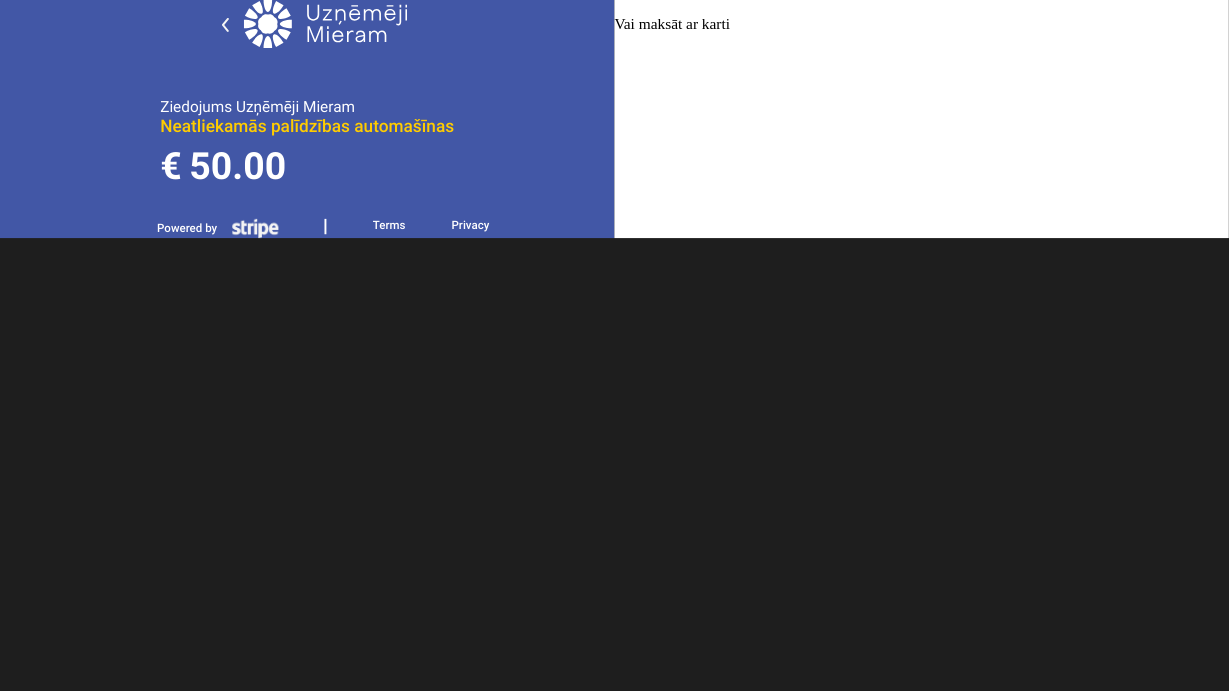
Repository: KatrinaPa/projekts_jul
Page: stripe.html
An editor plug-in stored every save of this project. The page is shown before and after the next save, followed by the edit.
The browser window is 1280 px wide. The pictures show the whole page, at 96% of full size.

Above is the page before, as saved 2023-07-31 15:18:57.

### stripe.html
<!DOCTYPE html>
<html lang="en">

<head>
    <meta charset="UTF-8">
    <meta http-equiv="X-UA-Compatible" content="IE=edge">
    <meta name="viewport" content="width=device-width, initial-scale=1.0">
    <title>Stripe</title>
    <link rel="preconnect" href="https://fonts.googleapis.com">
    <link rel="preconnect" href="https://fonts.gstatic.com" crossorigin>
    <link href="https://fonts.googleapis.com/css2?family=Poppins:wght@300;400;500;600;700&display=swap"
        rel="stylesheet">
    <link rel="preconnect" href="https://fonts.googleapis.com">
    <link rel="preconnect" href="https://fonts.gstatic.com" crossorigin>
    <link href="https://fonts.googleapis.com/css2?family=Poppins:wght@300;400;500;600&display=swap" rel="stylesheet">
    <link rel="stylesheet" href="./assets/main.css" />
    <link rel="stylesheet" href="./assets/stripe-styles.css" />
    <link rel="stylesheet" href="https://cdnjs.cloudflare.com/ajax/libs/font-awesome/6.2.0/css/all.min.css" />
</head>

<body>

    <main>
        <div class="panel-2">
            <section class="section_left">
                <div class="wrapper_left">
                    <div class="logo-back"><a href="sakums.html">
                            <button class="back-btn">
                                <svg xmlns="http://www.w3.org/2000/svg" width="26" height="26" viewBox="0 0 26 26"
                                    fill="none">
                                    <path
                                        d="M15.2444 20.2912C15.0888 20.2917 14.935 20.2574 14.7944 20.1907C14.6538 20.124 14.53 20.0266 14.4319 19.9058L9.40066 13.6558C9.24745 13.4694 9.1637 13.2356 9.1637 12.9943C9.1637 12.753 9.24745 12.5192 9.40066 12.3328L14.609 6.08285C14.7858 5.87012 15.0399 5.73635 15.3153 5.71095C15.5908 5.68556 15.865 5.77062 16.0777 5.94743C16.2905 6.12424 16.4242 6.37832 16.4496 6.65376C16.475 6.9292 16.39 7.20345 16.2132 7.41618L11.5569 12.9995L16.0569 18.5828C16.1843 18.7357 16.2652 18.9219 16.2901 19.1194C16.315 19.3168 16.2827 19.5173 16.1973 19.697C16.1118 19.8767 15.9766 20.0282 15.8078 20.1335C15.6389 20.2388 15.4434 20.2935 15.2444 20.2912Z"
                                        fill="#F4F4F4" />
                                </svg>
                            </button>
                            <div>
                                <svg xmlns="http://www.w3.org/2000/svg" width="171" height="50" viewBox="0 0 171 50"
                                    fill="none">
                                    <g clip-path="url(#clip0_2158_26380)">
                                        <path
                                            d="M65.9784 4.85254H67.6786V15.2232C67.6786 18.0717 69.3776 19.9967 72.2509 19.9967C75.1242 19.9967 76.8491 18.0717 76.8491 15.2232V4.85254H78.5234V15.2232C78.5234 19.046 76.1737 21.5204 72.2509 21.5204C68.3281 21.5204 65.9784 19.046 65.9784 15.2232V4.85254Z"
                                            fill="white" />
                                        <path
                                            d="M82.2426 20.2979L89.414 11.0768H82.4674V9.57666H91.6637V10.5015L84.4911 19.7484H91.6637V21.2474H82.2426V20.2979Z"
                                            fill="white" />
                                        <path
                                            d="M95.5594 9.5766H97.2338V11.4003H97.2832C98.1339 10.0261 99.4576 9.30127 101.157 9.30127C104.205 9.30127 105.981 11.3262 105.981 14.1995V21.2474H104.305V14.4254C104.305 12.3016 103.231 10.8262 101.157 10.8262C99.0822 10.8262 97.2338 12.4499 97.2338 14.4995V21.2474H95.5594V9.5766Z"
                                            fill="white" />
                                        <path
                                            d="M119.495 14.1489C119.271 12.2745 117.996 10.7755 115.471 10.7755C113.297 10.7755 111.923 12.1745 111.523 14.1489H119.495ZM115.471 9.30122C119.319 9.30122 121.194 11.9004 121.194 15.6737H111.398C111.523 18.0976 112.997 20.0213 115.521 20.0213C117.595 20.0213 118.845 19.0718 119.445 17.4728H121.119C120.47 20.0472 118.62 21.5203 115.522 21.5203C111.973 21.5203 109.749 18.8459 109.749 15.3984C109.749 11.9509 111.899 9.30005 115.472 9.30005"
                                            fill="white" />
                                        <path d="M118.96 6.81044H111.986V5.45264H118.96V6.81044Z" fill="white" />
                                        <path d="M155.785 6.81044H148.812V5.45264H155.785V6.81044Z" fill="white" />
                                        <path
                                            d="M101.995 22.1465L99.9081 25.7186L98.7021 25.0927L100.554 21.5205L101.995 22.1465Z"
                                            fill="white" />
                                        <path
                                            d="M124.964 9.5766H126.638V11.4003H126.689C127.54 10.0261 128.762 9.30127 130.238 9.30127C132.112 9.30127 133.511 10.2508 134.236 11.751C135.136 10.1261 136.51 9.30127 138.26 9.30127C140.96 9.30127 142.833 11.2003 142.833 14.1995V21.2474H141.134V14.4254C141.134 12.2016 140.009 10.8262 138.26 10.8262C136.187 10.8262 134.762 12.4499 134.762 14.4995V21.2474H133.087V14.4254C133.087 12.3016 131.989 10.8262 130.239 10.8262C128.065 10.8262 126.64 12.4499 126.64 14.4995V21.2474H124.965V9.5766H124.964Z"
                                            fill="white" />
                                        <path
                                            d="M156.322 14.1489C156.097 12.2745 154.823 10.7755 152.298 10.7755C150.123 10.7755 148.749 12.1745 148.349 14.1489H156.322ZM152.298 9.30122C156.145 9.30122 158.021 11.9004 158.021 15.6737H148.224C148.349 18.0976 149.823 20.0213 152.348 20.0213C154.422 20.0213 155.671 19.0718 156.271 17.4728H157.946C157.296 20.0472 155.448 21.5203 152.348 21.5203C148.8 21.5203 146.575 18.8459 146.575 15.3984C146.575 11.9509 148.724 9.30005 152.298 9.30005"
                                            fill="white" />
                                        <path
                                            d="M162.19 4.85254H163.965V7.72699H162.19V4.85254ZM158.867 26.0197V24.3948C159.616 24.7443 160.192 24.8949 160.666 24.8949C161.641 24.8949 162.24 24.4443 162.24 22.8947V9.57545H163.915V22.6205C163.915 25.1949 162.79 26.4445 160.917 26.4445C160.417 26.4445 159.842 26.3939 158.867 26.0197Z"
                                            fill="white" />
                                        <path
                                            d="M168.361 4.85254H170.035V7.727H168.361V4.85254ZM168.336 9.57545H170.011V21.2462H168.336V9.57545Z"
                                            fill="white" />
                                        <path
                                            d="M66.3171 27.4387H68.5668L74.2145 41.5333H74.264L79.9129 27.4387H82.1614V43.8324H80.5623V30.0131H80.5118L74.9652 43.8324H73.5156L68.0173 30.0131H67.9432V43.8324H66.3183V27.4387H66.3171Z"
                                            fill="white" />
                                        <path
                                            d="M86.729 27.4387H88.4033V30.3132H86.729V27.4387ZM86.7043 32.1628H88.3786V43.8324H86.7043V32.1628Z"
                                            fill="white" />
                                        <path
                                            d="M101.996 36.7363C101.771 34.8619 100.497 33.3629 97.9715 33.3629C95.7972 33.3629 94.4229 34.7619 94.0228 36.7363H101.996ZM97.9715 31.8875C101.819 31.8875 103.695 34.4866 103.695 38.26H93.8981C94.0228 40.685 95.4971 42.6075 98.0221 42.6075C100.095 42.6075 101.346 41.658 101.945 40.059H103.619C102.97 42.6334 101.121 44.1077 98.0221 44.1077C94.4735 44.1077 92.2497 41.4333 92.2497 37.9858C92.2497 34.5384 94.3994 31.8875 97.9727 31.8875"
                                            fill="white" />
                                        <path
                                            d="M107.466 32.1628H109.14V33.9865H109.215C110.189 32.4628 111.264 31.8875 112.764 31.8875C113.313 31.8875 113.864 31.9628 114.213 32.1134V33.7371C113.789 33.5123 113.214 33.4382 112.664 33.4382C110.891 33.4382 109.14 35.2125 109.14 37.3857V43.8336H107.466V32.164V32.1628Z"
                                            fill="white" />
                                        <path
                                            d="M120.308 42.658C122.632 42.658 124.731 40.9084 124.731 38.634V37.8845L120.482 38.534C118.808 38.7835 117.959 39.4082 117.959 40.6331C117.959 41.7579 118.908 42.6569 120.308 42.6569M120.159 37.1339L124.731 36.435C124.68 34.41 123.407 33.3605 121.582 33.3605C119.758 33.3605 118.483 34.2112 118.434 35.9843H116.81C116.81 33.3605 118.808 31.885 121.582 31.885C124.357 31.885 126.331 33.484 126.331 36.2585V43.8311H124.808V41.6567H124.732C123.857 42.9557 122.384 44.1053 120.309 44.1053C117.935 44.1053 116.335 42.6051 116.335 40.6319C116.335 38.5587 117.61 37.508 120.159 37.1339Z"
                                            fill="white" />
                                        <path
                                            d="M130.551 32.1628H132.225V33.9865H132.274C133.125 32.6122 134.349 31.8875 135.823 31.8875C137.697 31.8875 139.096 32.8382 139.821 34.3372C140.721 32.7123 142.096 31.8875 143.845 31.8875C146.546 31.8875 148.419 33.7865 148.419 36.7857V43.8336H146.719V37.0116C146.719 34.7878 145.594 33.4123 143.844 33.4123C141.771 33.4123 140.346 35.0361 140.346 37.0857V43.8336H138.672V37.0116C138.672 34.8878 137.573 33.4123 135.823 33.4123C133.649 33.4123 132.224 35.0361 132.224 37.0857V43.8336H130.55V32.164L130.551 32.1628Z"
                                            fill="white" />
                                        <path
                                            d="M20.5411 49.9991C20.5411 43.0853 22.7132 37.48 24.9993 37.48C27.2855 37.48 29.4575 43.0853 29.4575 49.9991H20.5411Z"
                                            fill="white" />
                                        <path
                                            d="M29.4575 -0.000976562C29.4575 6.91395 27.2855 12.5181 24.9993 12.5181C22.7132 12.5181 20.5411 6.91395 20.5411 -0.000976562H29.4575Z"
                                            fill="white" />
                                        <path
                                            d="M50 29.4566C43.0851 29.4566 37.4809 27.2846 37.4809 24.9985C37.4809 22.7123 43.0863 20.5403 50 20.5403V29.4566Z"
                                            fill="white" />
                                        <path
                                            d="M0 20.5403C6.91375 20.5403 12.5191 22.7123 12.5191 24.9985C12.5191 27.2846 6.91375 29.4566 0 29.4566V20.5403Z"
                                            fill="white" />
                                        <path
                                            d="M44.4158 41.3663C38.4292 37.907 34.6629 33.223 35.8066 31.2427C36.9502 29.2625 42.8897 30.1861 48.8763 33.6454L44.4158 41.3663Z"
                                            fill="white" />
                                        <path
                                            d="M5.58426 8.63184C11.5708 12.0899 15.3372 16.7751 14.1935 18.7554C13.0498 20.7356 7.11032 19.812 1.12256 16.3527L5.58308 8.63184H5.58426Z"
                                            fill="white" />
                                        <path
                                            d="M41.366 5.58308C37.9068 11.5697 33.2227 15.336 31.2424 14.1923C29.2634 13.0487 30.1858 7.10915 33.6451 1.12256L41.366 5.58308Z"
                                            fill="white" />
                                        <path
                                            d="M8.63281 44.4148C12.092 38.4282 16.7761 34.6619 18.7564 35.8056C20.7366 36.9492 19.8129 42.8888 16.3537 48.8765L8.63281 44.416V44.4148Z"
                                            fill="white" />
                                        <path
                                            d="M33.5934 48.8942C30.1471 42.8994 29.2376 36.9575 31.219 35.8186C33.2004 34.6796 37.8774 38.4554 41.3237 44.4502L33.5934 48.8942Z"
                                            fill="white" />
                                        <path
                                            d="M16.4056 1.10278C19.8518 7.09761 20.7614 13.0395 18.7799 14.1784C16.7974 15.3186 12.1215 11.5417 8.67523 5.54684L16.4056 1.10278Z"
                                            fill="white" />
                                        <path
                                            d="M48.8951 16.4044C42.9014 19.8507 36.9596 20.7602 35.8206 18.7788C34.6805 16.7962 38.4574 12.1204 44.4522 8.67407L48.8963 16.4044H48.8951Z"
                                            fill="white" />
                                        <path
                                            d="M1.10364 33.5925C7.09846 30.1462 13.0392 29.2367 14.1793 31.2181C15.3182 33.2006 11.5425 37.8765 5.54769 41.3228L1.10364 33.5925Z"
                                            fill="white" />
                                        <path
                                            d="M18.1364 22.104C19.233 24.7984 22.3051 26.0951 25.0007 24.9985C27.6963 23.9019 28.9906 20.8297 27.8951 18.1353C26.7985 15.4409 23.7264 14.1442 21.0308 15.2408C18.3364 16.3363 17.0409 19.4096 18.1364 22.104Z"
                                            fill="white" />
                                        <path
                                            d="M22.1049 31.8628C23.2015 34.5572 26.2736 35.8526 28.9681 34.7572C31.6625 33.6606 32.9591 30.5885 31.8625 27.8929C30.7671 25.1984 27.6938 23.9018 24.9994 24.9984C22.3049 26.095 21.0083 29.1671 22.1049 31.8628Z"
                                            fill="white" />
                                        <path
                                            d="M22.1051 31.8627C24.7995 30.7661 26.0949 27.694 24.9995 24.9983C23.9029 22.3039 20.8308 21.0085 18.1352 22.1039C15.4407 23.2005 14.1453 26.2726 15.2407 28.9682C16.3373 31.6627 19.4094 32.9581 22.1051 31.8627Z"
                                            fill="white" />
                                        <path
                                            d="M31.8626 27.8929C34.557 26.7974 35.8536 23.7241 34.757 21.0285C33.6604 18.3329 30.5883 17.0386 27.8939 18.1341C25.1994 19.2295 23.9028 22.3028 24.9994 24.9972C26.0948 27.6917 29.1681 28.9883 31.8626 27.8917"
                                            fill="white" />
                                        <path
                                            d="M18.0998 27.8047C20.7801 28.9354 23.8699 27.6788 24.9994 24.9984C26.1302 22.3181 24.8735 19.2284 22.192 18.0988C19.5117 16.9681 16.422 18.2247 15.2924 20.9062C14.1617 23.5865 15.4183 26.6763 18.0998 27.8058"
                                            fill="white" />
                                        <path
                                            d="M27.8055 31.8992C30.4859 33.0299 33.5756 31.7733 34.7052 29.0929C35.8347 26.4126 34.5793 23.3229 31.899 22.1933C29.2187 21.0626 26.1289 22.3192 24.9993 24.9995C23.8686 27.6798 25.1252 30.7696 27.8055 31.8992Z"
                                            fill="white" />
                                        <path
                                            d="M27.8056 31.8993C28.9364 29.219 27.6798 26.1292 24.9994 24.9997C22.3191 23.869 19.2293 25.1256 18.0998 27.8059C16.9691 30.4862 18.2257 33.576 20.906 34.7067C23.5863 35.8375 26.6761 34.5808 27.8056 31.8993Z"
                                            fill="white" />
                                        <path
                                            d="M31.9002 22.1923C33.0309 19.512 31.7743 16.4222 29.0928 15.2927C26.4113 14.1631 23.3227 15.4186 22.1932 18.0989C21.0624 20.7792 22.3191 23.869 25.0006 24.9985C27.6809 26.1292 30.7706 24.8726 31.9002 22.1923Z"
                                            fill="white" />
                                    </g>
                                    <defs>
                                        <clipPath id="clip0_2158_26380">
                                            <rect width="170.035" height="50" fill="white"
                                                transform="translate(0 -0.000976562)" />
                                        </clipPath>
                                    </defs>
                                </svg>
                            </div>
                        </a></div>
                    <div class="donate-amount">
                        <p>Ziedojums Uzņēmēji Mieram<br>
                            <span>Neatliekamās palīdzības automašīnas</span>
                        </p>
                        <div>
                            <h2>€</h2>
                            <h2>50.00</h2>
                        </div>
                    </div>
                    <div class="terms-privacy">
                        <div>Powered by <img src="assets/images/stripe_wht.png" alt="Stripe" id="stripe_logo"></div>
                        <div class="centred-divid"></div>
                        <div>Terms</div>
                        <div>Privacy</div>
                    </div>
                </div>
            </section>

            <section id="wrapper_right" class="section_right">
                <div class="x">
                    <p>Vai maksāt ar karti</p>
                </div>
            </section>

        </div>
    </main>


</body>

</html>

### assets/stripe-styles.css
.panel-2 {
    display: flex;
    flex-direction: row;
    justify-content: center;
}

.section_left {
    width: 50%;
    background-color: #4257A6;
    font-family: Roboto;
    color: #ffffff;
}

.wrapper_left {
    display: flex;
    flex-direction: column;
    align-items: center;
}

.logo-back {
    display: flex;
    justify-content: space-between;
}

.logo-back a {
    display: flex;
}

.back-btn {
    border: 0;
    background: transparent;
    cursor: pointer;
}

.back-btn img {
    width: 45%;
    padding-top: 0.1rem;
}

.donate-amount p {
    font-size: 16px;
    font-weight: 400;
    margin: 3rem 0 0 0;
}

.donate-amount p span {
    font-size: 18px;
    font-weight: 500;
    color: #FFCC00;
}

.donate-amount div {
    display: flex;
    gap: 0.5rem;
}

.donate-amount h2 {
    font-size: 39px;
    font-weight: 600;
    margin-top: 0.5rem;
}

.terms-privacy {
    font-size: 12px;
    font-weight: 500;
    display: flex;
    gap: 3rem;
}

.terms-privacy div:first-child {
    display: flex;
    justify-content: flex-end;
    gap: 1rem;
    width: 10rem;
    align-items: center;
}

.terms-privacy img {
    width: 30%;
}

.centred-divid {
    width: 2px;
    height: 1rem;
    background-color: #ffffff;
}



.section_right {
    width: 50%;
    background-color: #ffffff;
}

Loaded but not shown: assets/main.css (1433 lines, source omitted)

After the next save:
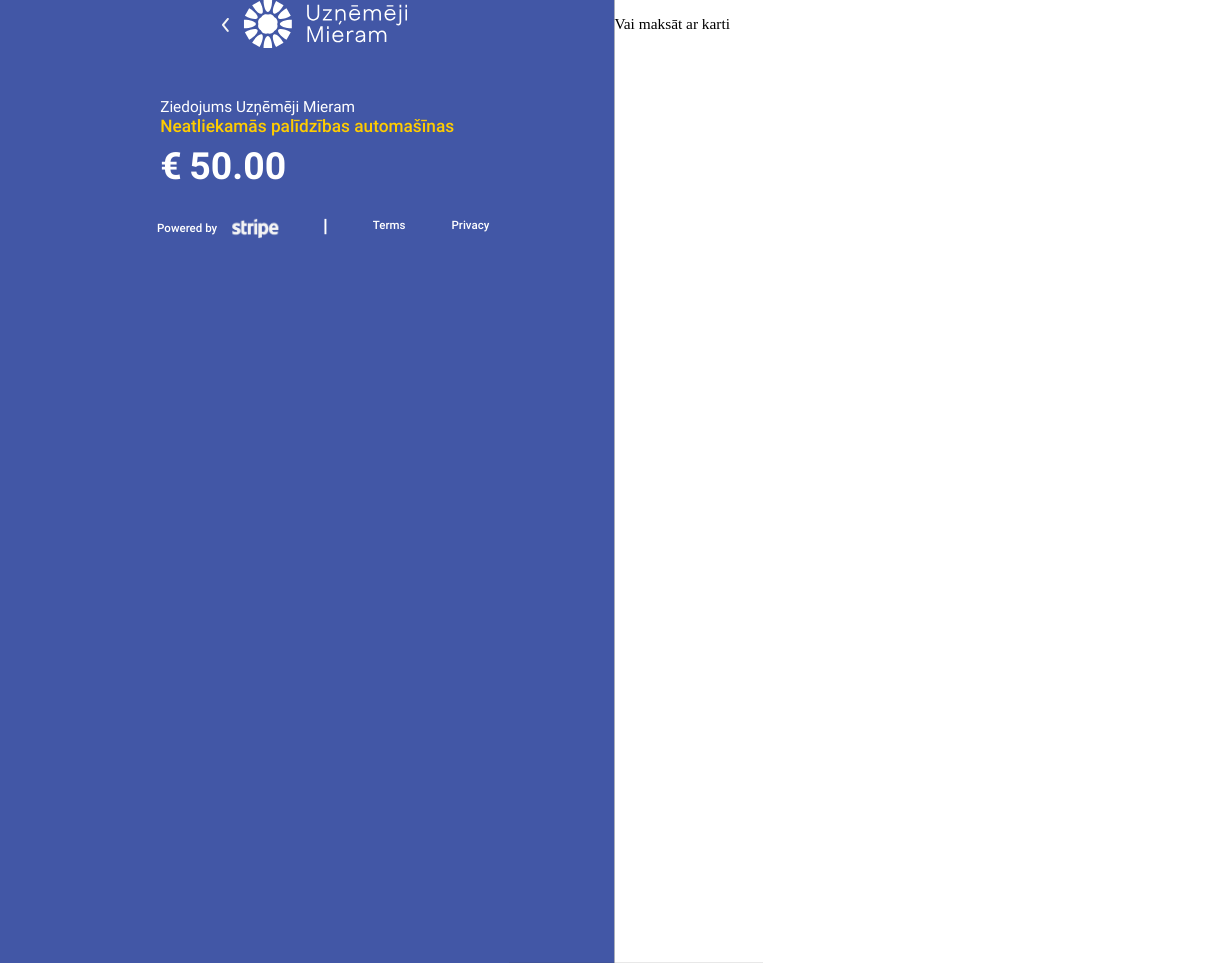
Saved 42 s later.
--- a/assets/stripe-styles.css
+++ b/assets/stripe-styles.css
@@ -6,6 +6,7 @@
 
 .section_left {
     width: 50%;
+    height: 62.69rem;
     background-color: #4257A6;
     font-family: Roboto;
     color: #ffffff;

After the save that followed:
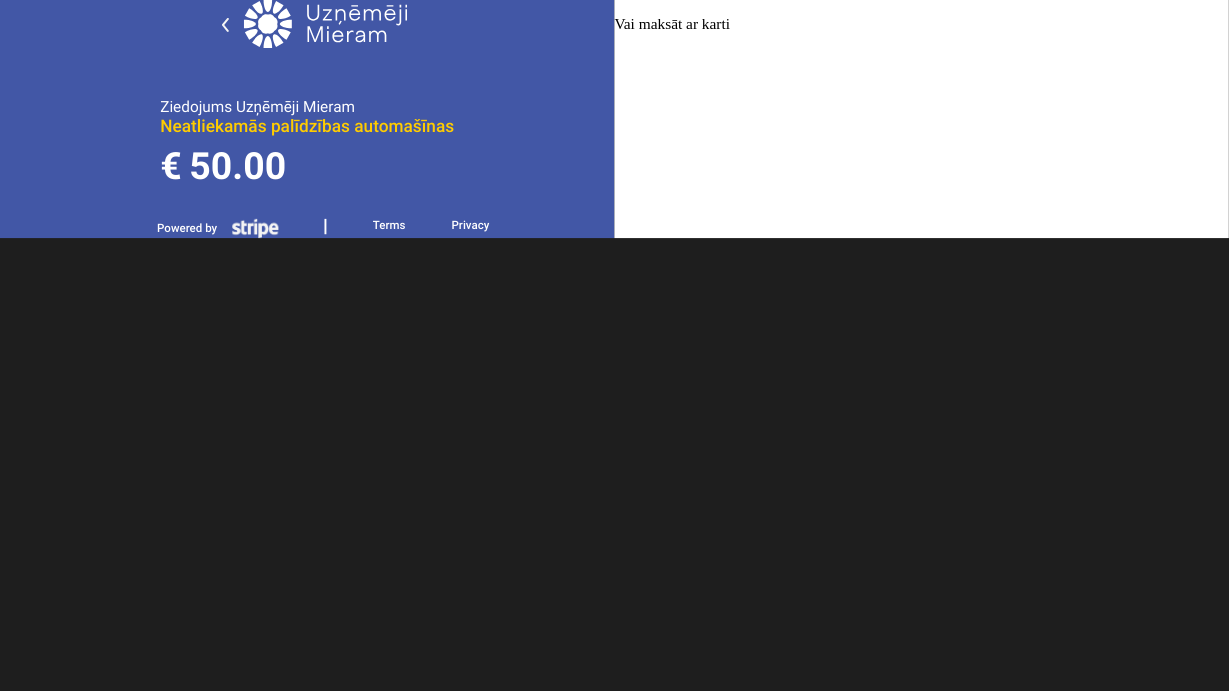
Saved 59 s later.
--- a/assets/stripe-styles.css
+++ b/assets/stripe-styles.css
@@ -6,7 +6,7 @@
 
 .section_left {
     width: 50%;
-    height: 62.69rem;
+    height: 100%;
     background-color: #4257A6;
     font-family: Roboto;
     color: #ffffff;
